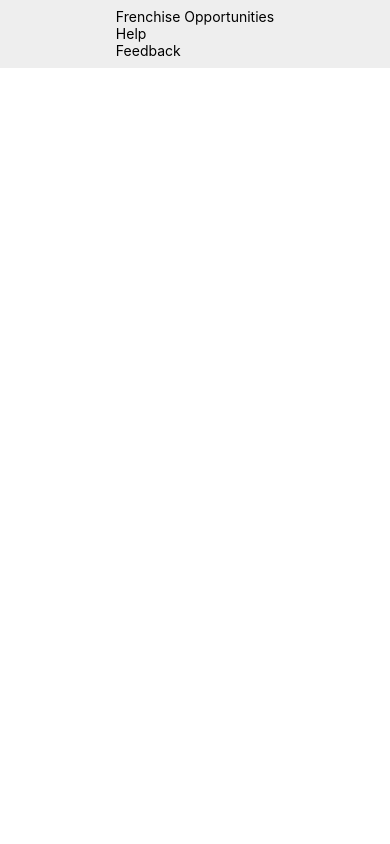
Repository: dodibahari019/TestFrontend
Screen: /
An editor plug-in stored every save of this project. The screen is shown before and after a run of saves, followed by the edit.
The app was drawn by React Native's web renderer in a window 390 px wide. The project was rebuilt for these pictures with package versions that can differ from the ones it lists, and the page was loaded fresh each time. Some packages were replaced by stand-ins written for this rebuild.

Above is the screen before, as saved 2024-12-30 15:04:07.

After the next 2 saves:
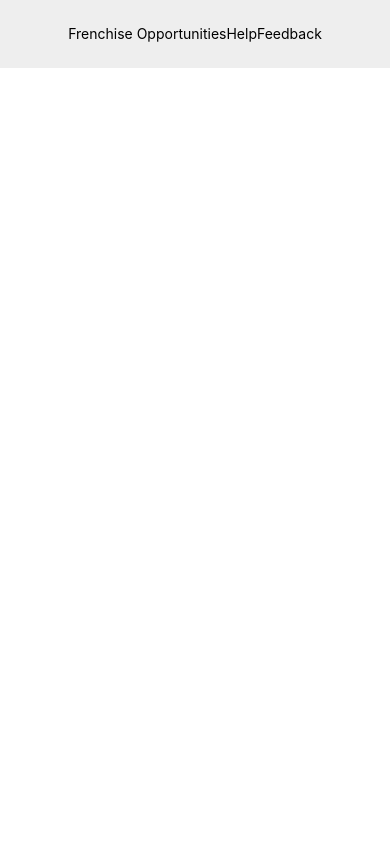
The 2 saves are shown as one change because they came seconds apart.
The last was saved 9 s later.
--- a/App.js
+++ b/App.js
@@ -7,7 +7,7 @@ export default function App() {
       <StatusBar style="auto" />
       {/* <Text>Open up App.js to start working on your app!</Text> */}
       <View style={{ width:'100%', height:'8%', position:'absolute', top:0, backgroundColor:'#eeeeee', justifyContent:'center', alignItems:'center' }}>
-        <View style={{  }}>
+        <View style={{ flexDirection:'row', justifyContent:'space-between' }}>
           <TouchableOpacity>
             <Text style={{ color:'#000000' }}>Frenchise Opportunities</Text>
           </TouchableOpacity>
